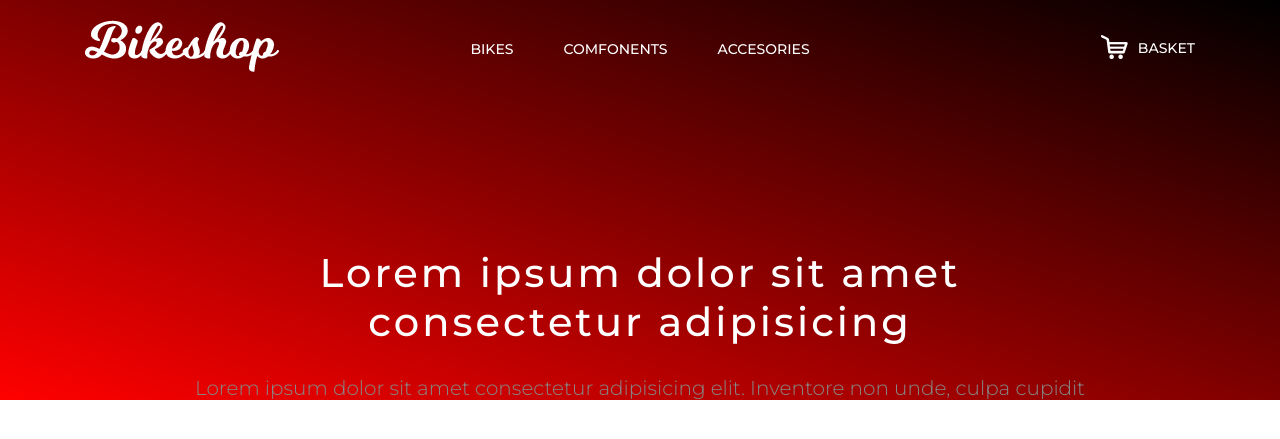
Repository: vanphongnguyen1/webDemo
Page: Bikeshop/index.html
An editor plug-in stored every save of this project. The page is shown before and after the next save, followed by the edit.
The browser window is 1280 px wide. The pictures show the whole page.
The style sheet was rebuilt from its Sass, Less or Tailwind sources for each picture, by a compiler version that may differ from the author's.

Above is the page before, as saved 2020-09-04 14:19:10.

After the next save:
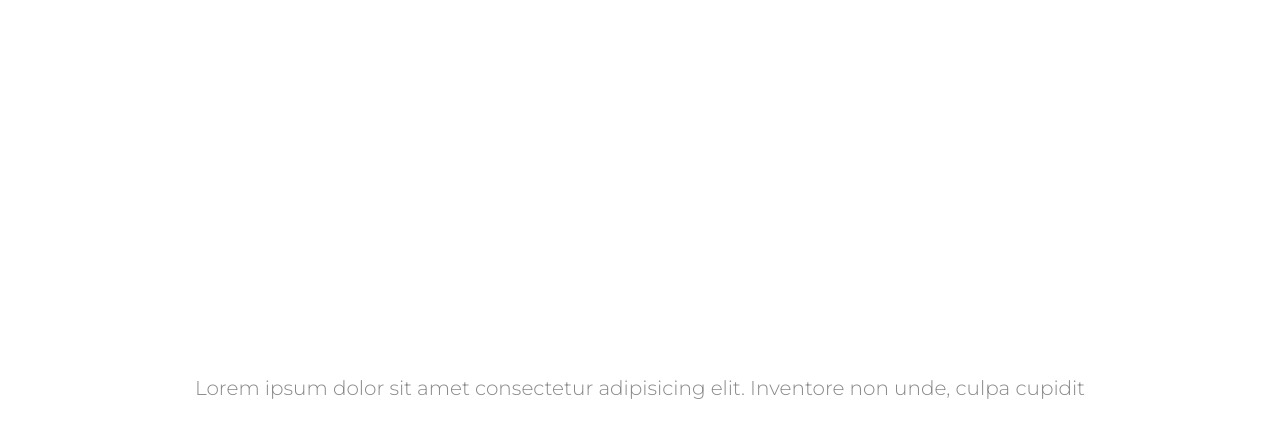
Saved 35 s later.
--- a/Bikeshop/sass/components/_header.scss
+++ b/Bikeshop/sass/components/_header.scss
@@ -1,5 +1,5 @@
 header {
-    background-image: linear-gradient(to top right,red,black),;
+    background-image: linear-gradient(#2b2e2d),;
     // height: 100vh;
     .nav {
         padding: 2rem 0;
